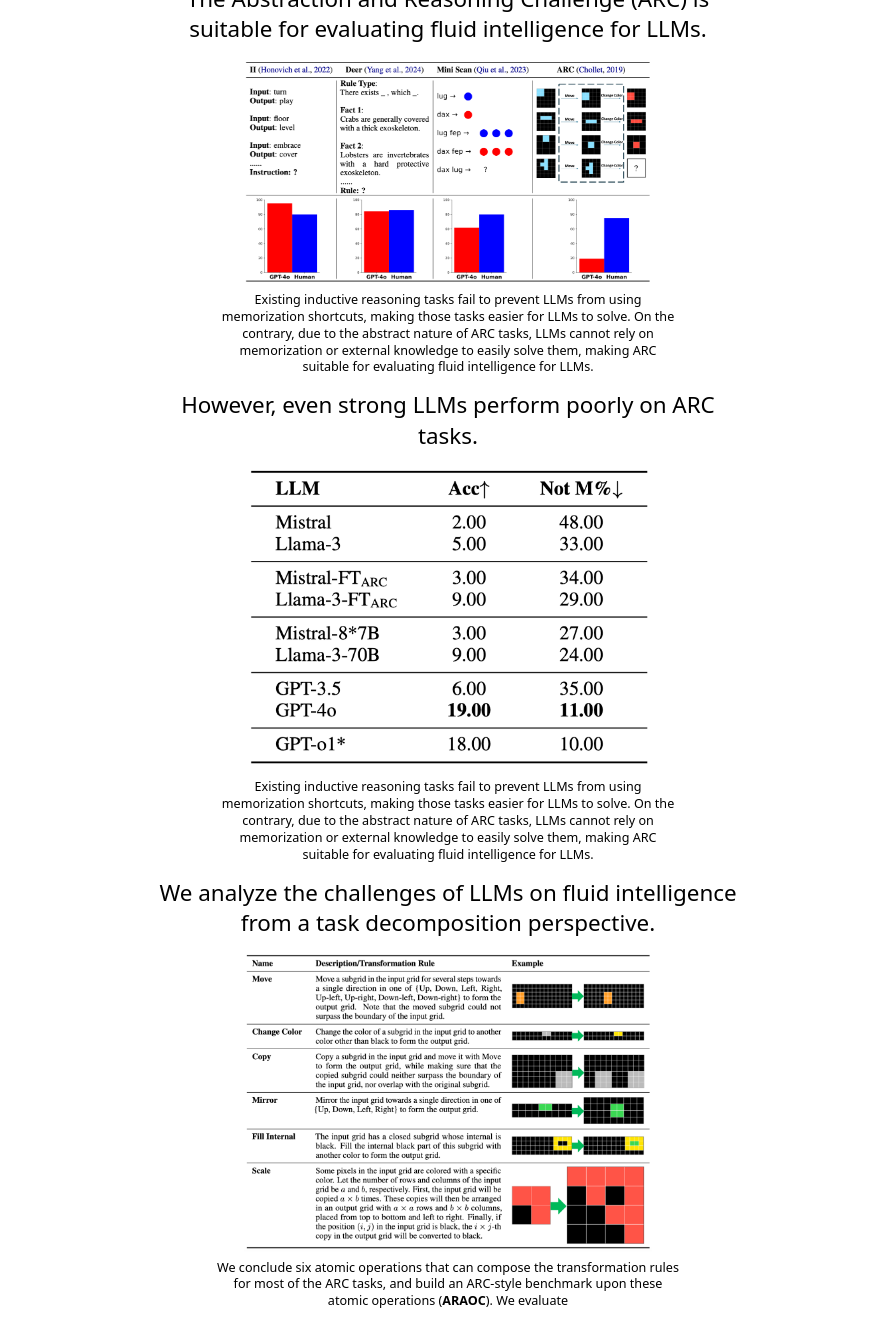
Repository: wujunjie1998/araoc-benchmark.github.io
Page: index.html
The author's editor kept a copy of each file at every save. The page is drawn from the files as they stood at one save, then again after the next save.
The browser window is 1280 px wide. The pictures show the part of the page from y = 721 to 2641 px (the page is 2641 px tall), at 70% of full size.

Above is the page before, as saved 2025-02-07 22:22:07.

### index.html
<html>
  <head>
    <title>
      Understanding LLMs’ Fluid Intelligence Deficiency: An Analysis of the ARC Task
    </title>
    <link
      rel="icon"
      href="data:[embedded picture, 137 characters]"
    />
    <meta charset="UTF-8" />
    <meta name="viewport" content="width=device-width, initial-scale=1" />
    <link rel="stylesheet" href="./css/index.css" />
  </head>

  <body>
    <div class="header">
      <div class="paper-title">
        Understanding LLMs’ Fluid Intelligence Deficiency:
        <br />
        An Analysis of the ARC Task
      </div>
      <div>
        <!-- * Paper -->
        <span class="link-block">
          <a target="_blank" href="./paper.pdf"
            ><img
              class="badge"
              src="https://img.shields.io/badge/Paper-PDF-red?&labelColor=lightgray&logo=arxiv&logoColor=brown" /><img
          /></a>
        </span>
        <!-- * Dataset -->
        <!--
        <span class="link-block">
          <a
            target="_blank"
            href="https://huggingface.co/datasets/ShunchiZhang/PhysiCo/"
            ><img
              class="badge"
              src="https://img.shields.io/badge/HuggingFace-Dataset-yellow?labelColor=lightgray&logo=huggingface" /><img
          /></a>
        </span>
        -->

        <!-- * Code -->
         <!--
        <span class="link-block">
          <a target="_blank" href="https://github.com/physico-benchmark/physico"
            ><img
              class="badge"
              src="https://img.shields.io/badge/GitHub-Code-gray?labelColor=lightgray&logo=github&logoColor=gray" /><img /></a
        ></span>
        -->
        <!-- * Leaderboard -->
        <!--
        <span class="link-block">
          <a href="./leaderboard.html"
            ><img
              class="badge"
              src="https://img.shields.io/badge/Leaderboard-Visit-blue?labelColor=lightgray&logo=stackblitz&logoColor=367BAF" /><img /></a
        ></span>
        -->
        <!-- * X Threads -->
        <!--
        <span class="link-block">
          <a href="https://x.com/jieeijjie/status/1876713099752861782"
            ><img
              class="badge"
              src="https://img.shields.io/badge/Threads-black?labelColor=lightgray&logo=x&logoColor=gray" /><img /></a
        ></span>
        -->

      </div>
      <div>
        <div class="author-list">
          <span class="author-block"
            ><a href="https://wujunjie1998.github.io/">Junjie Wu</a
            ><sup>1</sup></span
          >
          <span class="author-block"
            ><a href="https://sites.google.com/site/moyunlp/">Mo Yu</a
            ><sup>2</sup></span
          >
          <span class="author-block"
            ><a href="https://lemaoliu.github.io">Lemao Liu</a
            ><sup>2</sup></span
          >
          <span class="author-block"
            ><a href="https://sites.google.com/view/dyyeung">Dit-Yan Yeung</a
            ><sup>1</sup></span
          >
          <span class="author-block"
            ><a href="https://openreview.net/profile?id=~Jie_Zhou8">Jie Zhou</a
            ><sup>2</sup></span
          >
        </div>
        <div class="inst-list">
          <span class="institution-block"><sup>1</sup> Hong Kong University of Science and Technology</span>
          <span class="institution-block"><sup>2</sup> WeChat AI</span>
        </div>
      </div>
    </div>
    <!--
    <div class="teaser">
      <center>
        <img src="./img/teaser.png" />
        <figcaption>
          Illustration of a "Stochastic Parrot 🦜" by our
          <span class="dataset-name">PhysiCo</span> task consisting of both
          <b style="color: #a47b48">low-level</b> and
          <b style="color: #153cf9">high-level</b> subtasks in parallel. For a
          concept <i>Gravity</i>, an LLM can generate its accurate description
          in natural language, but cannot interpret its grid-format
          illustration.
        </figcaption>
      </center>
    </div>
  -->
    <hr />

    <!-- ^ Summary of Our Research -->
    <center><h1>Summary of Our Research</h1></center>
    <div class="content">
      <!-- <p style="font-size: large; text-align: center">
        <b>TL;DR:</b>
      </p> -->
      <p>
        While LLMs have exhibited strong performance on various NLP tasks, it is noteworthy that most of these tasks rely on utilizing the vast amount of knowledge encoded in LLMs’ parameters, rather than solving new problems without prior knowledge. In cognitive research, the latter ability is referred to as <strong>fluid intelligence</strong>, which is considered to be critical for assessing human intelligence. Recent research on fluid intelligence assessments has highlighted significant deficiencies in LLMs’ abilities. In this paper, we analyze the challenges LLMs face in demonstrating fluid intelligence through controlled experiments, using the most representative ARC task as an example. Our study revealed three major limitations in existing LLMs:
      </p>
      <ol>
        <li>limited ability for skill composition;</li>
        <li>
          unfamiliarity with abstract input formats;
        </li>
        <li>
          the intrinsic deficiency of left-to-right decoding.
        </li>
      </ol>
    </div>


    <!-- ^ Our Studies and Findings -->
    <center><h1>The Abstraction and Reasoning Challenge (ARC) is suitable for evaluating fluid intelligence for LLMs.</h1></center>
    <div class="content">
      <!-- <p>Foo Bar</p> -->
      <center>
        <img src="./img/fluid1.png" width="70%" />
        <figcaption style="text-align: center">
          Existing inductive reasoning tasks fail to prevent LLMs from using memorization shortcuts, making those tasks easier for LLMs to solve. On the contrary, due to the abstract nature of ARC tasks, LLMs cannot rely on memorization or external knowledge to easily solve them, making ARC suitable for evaluating fluid intelligence for LLMs.
        </figcaption>
      </center>
    </div>


    <!-- ^ Our Studies and Findings -->
    <center><h1>However, even strong LLMs perform poorly on ARC tasks.</h1></center>
    <div class="content">
      <!-- <p>Foo Bar</p> -->
      <center>
        <img src="./img/fluid2.png" width="70%" />
        <figcaption style="text-align: center">
          Existing inductive reasoning tasks fail to prevent LLMs from using memorization shortcuts, making those tasks easier for LLMs to solve. On the contrary, due to the abstract nature of ARC tasks, LLMs cannot rely on memorization or external knowledge to easily solve them, making ARC suitable for evaluating fluid intelligence for LLMs.
        </figcaption>
      </center>
    </div>

    <!-- ^ Our Studies and Findings -->
    <center><h1>We analyze the challenges of LLMs on fluid intelligence from a task decomposition perspective. </h1></center>
    <div class="content">
      <!-- <p>Foo Bar</p> -->
      <center>
        <img src="./img/fluid3.png" width="70%" />
        <figcaption style="text-align: center">
          We conclude six atomic operations that can compose the transformation rules for most of the ARC tasks, and build an ARC-style benchmark upon these atomic operations (<strong>ARAOC</strong>). We evaluate
        </figcaption>
      </center>
    </div>

  </body>
</html>

### css/index.css
@import url("https://fonts.googleapis.com/css2?family=Noto+Sans:ital,wght@0,100..900;1,100..900&display=swap");

body {
  font-family: "Noto Sans", sans-serif;
  font-optical-sizing: auto;
  font-style: normal;
  font-variation-settings: "wdth" 100;
  font-weight: 400;
  font-size: 18px;
  margin: 50px auto;
  width: 65%;
}

div.header,
div.teaser,
div.content {
  margin-left: auto;
  margin-right: auto;
}

div.narrower {
  width: 80% !important;
}

div.header div {
  margin: 6px;
  text-align: center;
}

div.teaser img {
  max-width: 60%;
}

.paper-title {
  font-size: 36px;
}

.author-block {
  font-size: 20px;
  margin: 0px 12px;
}

.institution-block {
  font-size: 16px;
  margin: 0px 10px;
}

.note-block {
  color: gray;
  font-size: 16px;
}

.link-block {
  font-size: 24px;
  font-weight: bold;
  margin: 0px 5px;
}

.badge {
  width: auto;
  height: 2vw;
}

.dataset-name {
  font-weight: bold;
  color: #81a526;
}

h1 {
  font-size: 32px;
  font-weight: 300;
}

.disclaimerbox {
  background-color: #eee;
  border: 1px solid #eeeeee;
  border-radius: 10px;
  -moz-border-radius: 10px;
  -webkit-border-radius: 10px;
  padding: 20px;
}

video.header-vid {
  height: 140px;
  border: 1px solid black;
  border-radius: 10px;
  -moz-border-radius: 10px;
  -webkit-border-radius: 10px;
}

figcaption {
  margin: 10px 0px;
  width: 80%;
  text-align: left;
}

img.header-img {
  height: 140px;
  border: 1px solid black;
  border-radius: 10px;
  -moz-border-radius: 10px;
  -webkit-border-radius: 10px;
}

img.rounded {
  border: 1px solid #eeeeee;
  border-radius: 10px;
  -moz-border-radius: 10px;
  -webkit-border-radius: 10px;
}

a:link,
a:visited {
  color: #1367a7;
  text-decoration: none;
}
a:hover {
  color: #208799;
}

td.dl-link {
  height: 160px;
  text-align: center;
  font-size: 22px;
}

.vert-cent {
  position: relative;
  top: 50%;
  transform: translateY(-50%);
}

hr {
  border: 0;
  height: 1px;
  background-image: linear-gradient(
    to right,
    rgba(0, 0, 0, 0),
    rgba(0, 0, 0, 0.75),
    rgba(0, 0, 0, 0)
  );
}

.citation {
  text-align: left;
  font-family: monospace;
  font-size: 8pt;
  text-wrap: auto;
}

@media screen and (max-width: 1120px) {
  body {
    font-size: 16px;
    width: 90%;
  }
  div.teaser img {
    max-width: 100%;
  }
  .paper-title {
    font-size: 26px;
  }
  .author-block,
  .institution-block,
  .note-block {
    font-size: 14px;
  }
  .link-block {
    font-size: 20px;
  }
  .badge {
    width: auto;
    height: 28px;
    margin-top: 3px;
    margin-bottom: 3px;
  }
  h1 {
    font-size: 26px;
  }
}

After the next save:
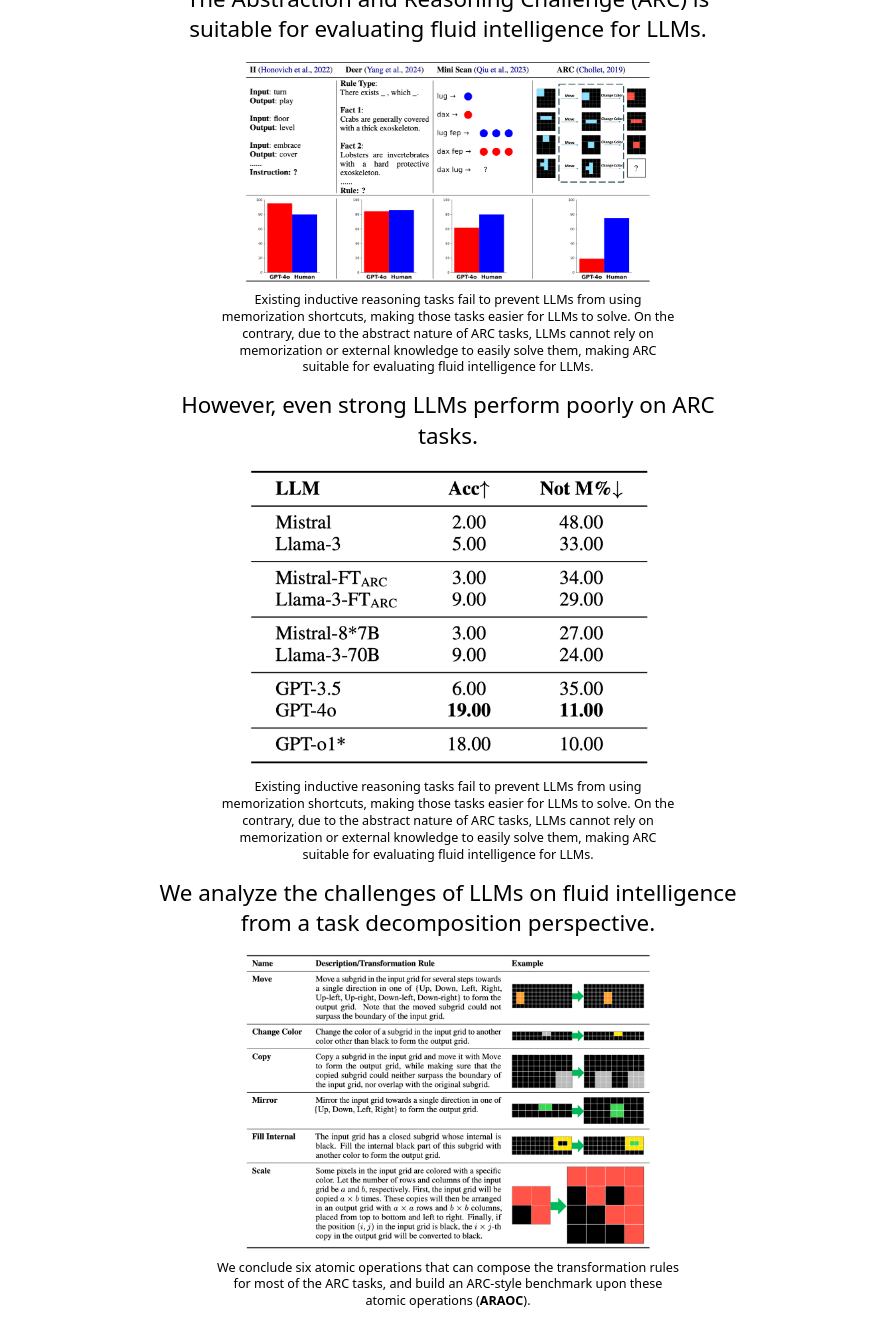
Saved 15 s later.
--- a/index.html
+++ b/index.html
@@ -170,7 +170,7 @@
       <center>
         <img src="./img/fluid3.png" width="70%" />
         <figcaption style="text-align: center">
-          We conclude six atomic operations that can compose the transformation rules for most of the ARC tasks, and build an ARC-style benchmark upon these atomic operations (<strong>ARAOC</strong>). We evaluate
+          We conclude six atomic operations that can compose the transformation rules for most of the ARC tasks, and build an ARC-style benchmark upon these atomic operations (<strong>ARAOC</strong>).
         </figcaption>
       </center>
     </div>
